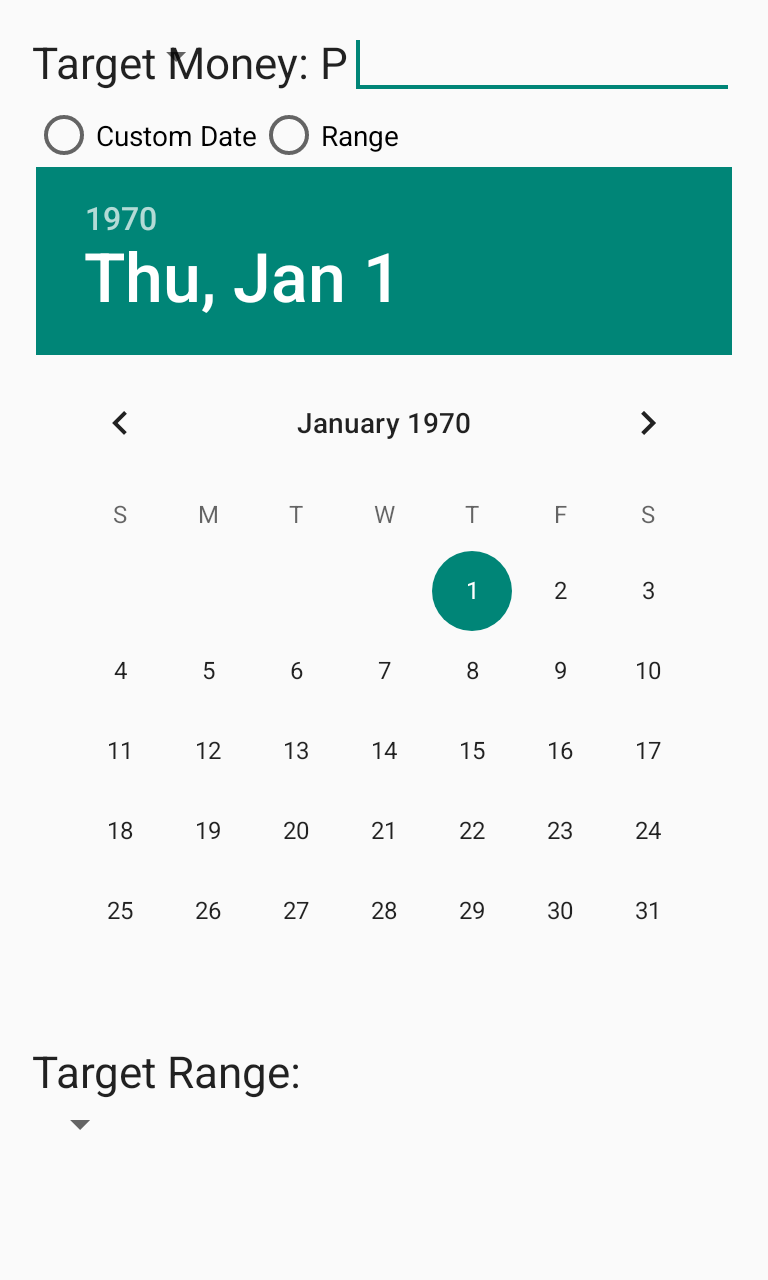
Repository: japheth-starita/SavingsApp
Layout: SavingsApp/res/layout/activity_preferences.xml
The author's editor kept a copy of each file at every save. The layout is drawn from the files as they stood at one save, then again after the next save.
It is drawn on a 768 x 1280 px phone screen (xhdpi) without system bars, with theme AppTheme; the app's code is not run.

Above is the layout before, as saved 2016-01-30 09:42:13.

### SavingsApp/res/layout/activity_preferences.xml
<RelativeLayout xmlns:android="http://schemas.android.com/apk/res/android"
    xmlns:tools="http://schemas.android.com/tools"
    android:layout_width="match_parent"
    android:layout_height="match_parent"
    android:paddingBottom="@dimen/activity_vertical_margin"
    android:paddingLeft="@dimen/activity_horizontal_margin"
    android:paddingRight="@dimen/activity_horizontal_margin"
    android:paddingTop="@dimen/activity_vertical_margin"
    tools:context="com.cobaltsteel.savingsapp.PreferencesActivity" >

    <TextView
        android:id="@+id/lblTargetMoney"
        android:layout_width="wrap_content"
        android:layout_height="wrap_content"
        android:textAppearance="?android:attr/textAppearanceLarge"
        android:text="Target Money: P" />

    <EditText
        android:id="@+id/txtTargetMoney"
        android:layout_width="fill_parent"
        android:layout_height="wrap_content"
        android:layout_alignBaseline="@+id/lblTargetMoney"
        android:layout_toRightOf="@+id/lblTargetMoney"
        android:inputType="number">
        <requestFocus />
    </EditText>


    <RadioGroup
    android:id="@+id/rbgrpSetting"
    android:layout_width="fill_parent"
    android:layout_height="wrap_content"
    android:orientation="horizontal"
    android:layout_below="@+id/txtTargetMoney">
    <RadioButton android:id="@+id/rbDate"
        android:layout_width="wrap_content"
        android:layout_height="wrap_content"
        android:text="Custom Date"
        android:onClick="onRadioButtonClicked"/>
    <RadioButton android:id="@+id/rbRange"
        android:layout_width="wrap_content"
        android:layout_height="wrap_content"
        android:text="Range"
        android:onClick="onRadioButtonClicked"/>
	</RadioGroup>

   <DatePicker
        android:id="@+id/dptargetDate"
        android:layout_width="wrap_content"
        android:layout_height="wrap_content"
        android:layout_below="@+id/rbgrpSetting"
        android:layout_centerHorizontal="true"
        android:clickable="false"
        android:visibility="false"/>

    <TextView
        android:layout_marginTop="5dp"
        android:id="@+id/lblTargetRange"
        android:layout_width="wrap_content"
        android:layout_height="wrap_content"
        android:layout_below="@+id/dptargetDate"
        android:textAppearance="?android:attr/textAppearanceLarge"
        android:text="Target Range:" />
	<Spinner
        android:id="@+id/spTargetNumber"
        android:layout_width="wrap_content"
        android:layout_height="wrap_content"
        android:layout_below="@+id/lblTargetRange"
        android:clickable="false"/>
    <Spinner
        android:id="@+id/spTargetRange"
        android:layout_width="wrap_content"
        android:layout_height="wrap_content"
        android:layout_alignBaseline="@+id/spTargetNumber"
        android:layout_toRightOf="@+id/spTargetNumber"
        android:clickable="false"/>

</RelativeLayout>

Loaded but not shown: SavingsApp/res/values/styles.xml (common file); SavingsApp/res/values-v11/styles.xml (common file); SavingsApp/res/values-v14/styles.xml (common file); SavingsApp/res/values/dimens.xml (common file); SavingsApp/res/values-w820dp/dimens.xml (common file)

After the next save:
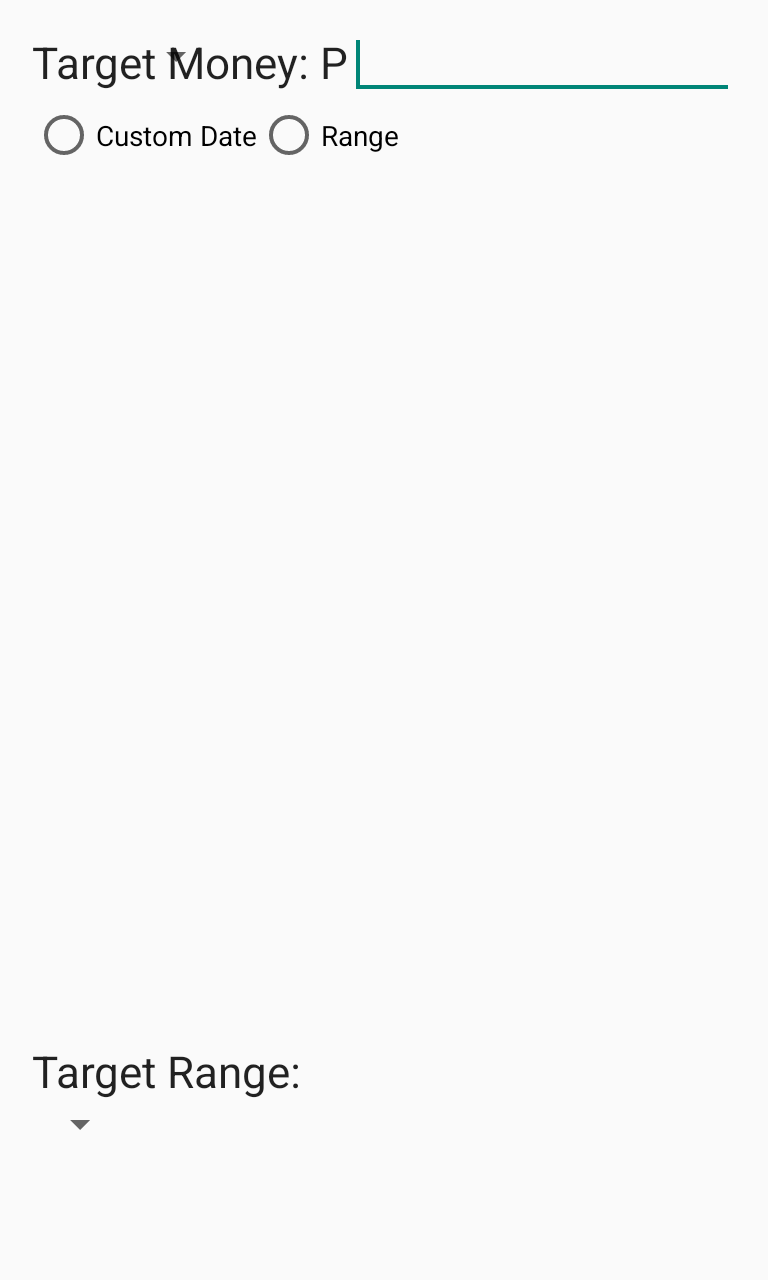
Saved 10 s later.
--- a/SavingsApp/res/layout/activity_preferences.xml
+++ b/SavingsApp/res/layout/activity_preferences.xml
@@ -51,7 +51,7 @@
         android:layout_below="@+id/rbgrpSetting"
         android:layout_centerHorizontal="true"
         android:clickable="false"
-        android:visibility="false"/>
+        android:visibility="invisible"/>
 
     <TextView
         android:layout_marginTop="5dp"
